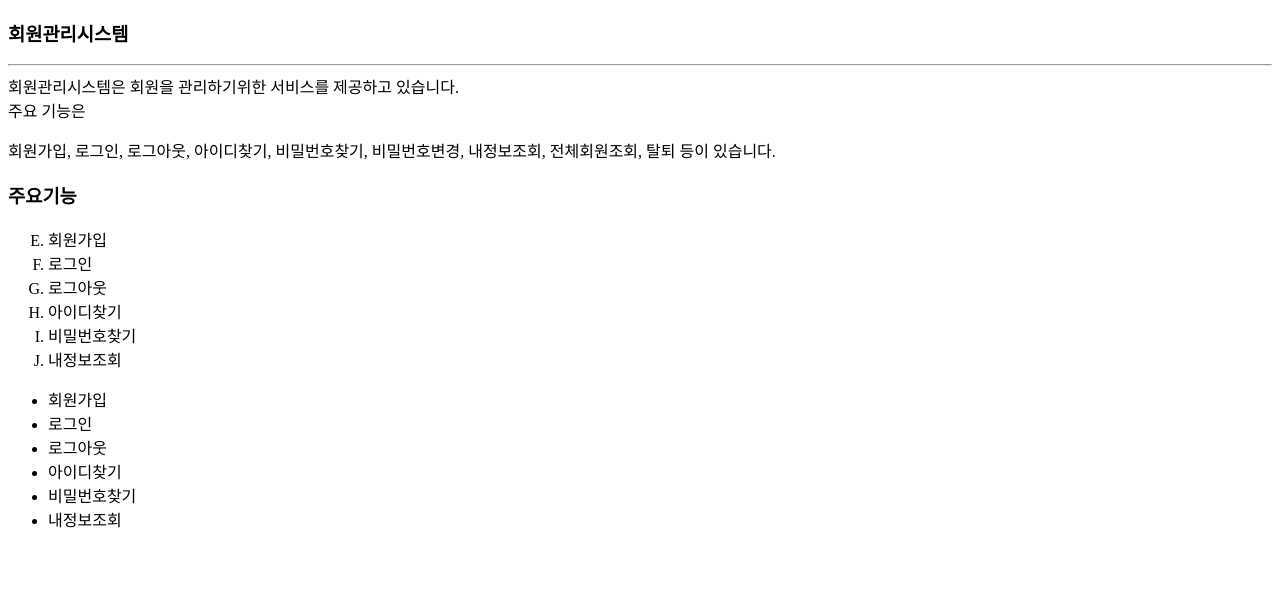
Repository: helloJunejun/WorkSpace_WebUi
Page: 0.1html_basic/src/main/webapp/WEB-INF/index.html
The author's editor kept a copy of each file at every save. The page is drawn from the files as they stood at one save, then again after the next save.
The browser window is 1280 px wide. The pictures show the whole page.

Above is the page before, as saved 2021-06-23 06:43:35.

After the next save:
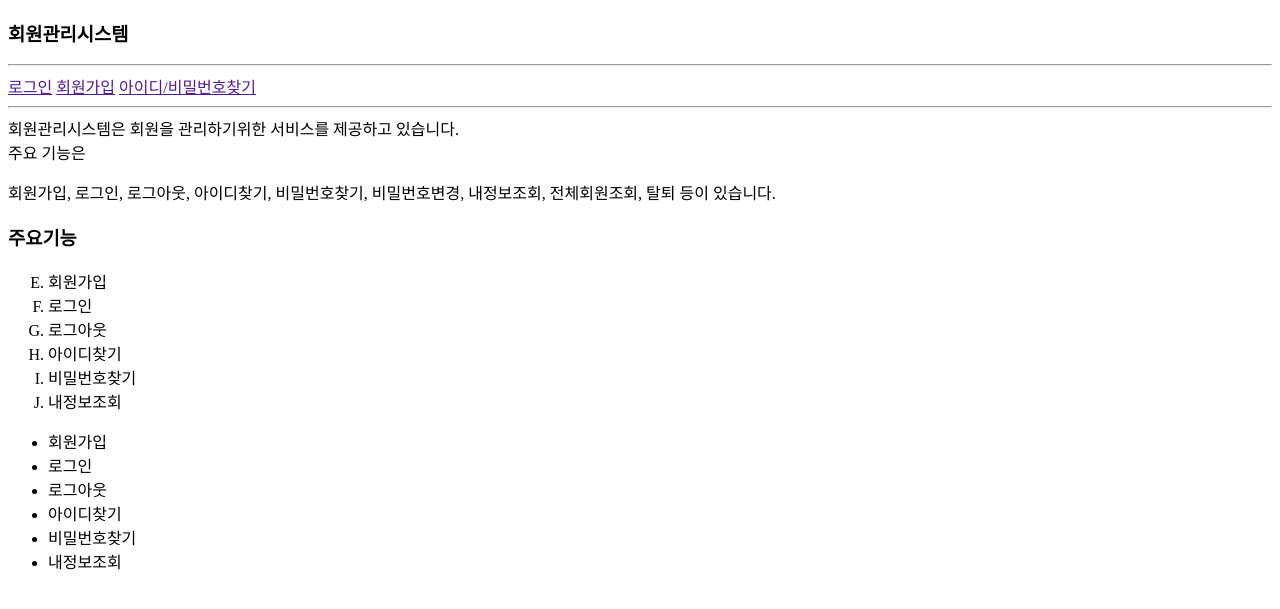
Saved 5 min 0 s later.
--- a/0.1html_basic/src/main/webapp/WEB-INF/index.html
+++ b/0.1html_basic/src/main/webapp/WEB-INF/index.html
@@ -6,6 +6,10 @@
 </head>
 <body>
 <h3>회원관리시스템</h3>
+<hr>
+<a href="">로그인</a>
+<a href="">회원가입</a>
+<a href="">아이디/비밀번호찾기</a>
 <hr>
 회원관리시스템은 회원을 관리하기위한 서비스를 제공하고 있습니다.<br>
 주요 기능은 <p>회원가입, 로그인, 로그아웃, 아이디찾기, 비밀번호찾기, 비밀번호변경, 내정보조회, 전체회원조회, 탈퇴 등이 있습니다.
